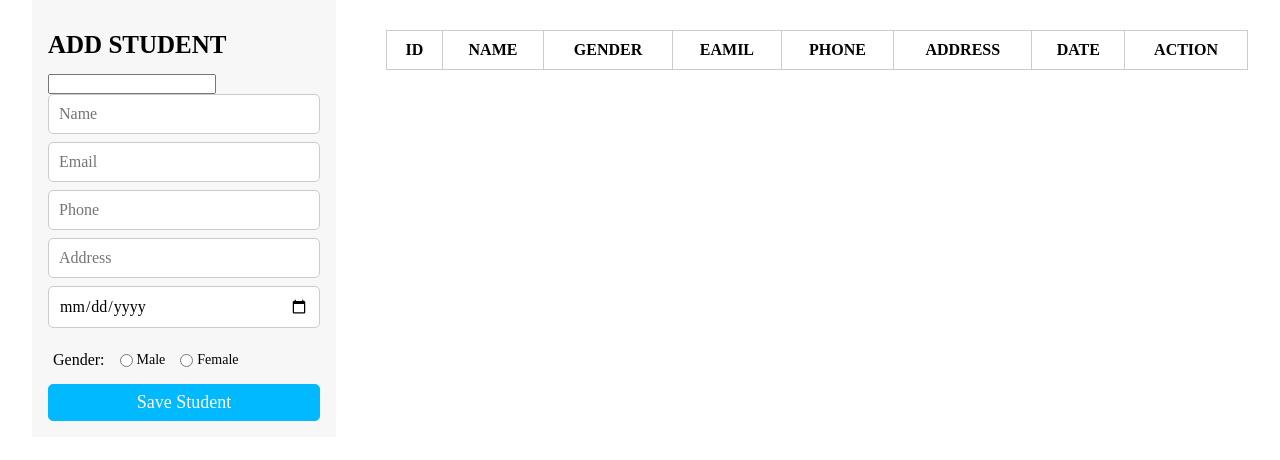
Repository: vanphongnguyen1/webDemo
Page: project(table-form)/index.html
These files come from the project's save history. The page is drawn as it stood at one moment and after the next save; the edit follows.
The browser window is 1280 px wide. The pictures show the whole page.
The style sheet was rebuilt from its Sass, Less or Tailwind sources for each picture, by a compiler version that may differ from the author's.

Above is the page before, as saved 2020-08-30 18:19:58.

### project(table-form)/index.html
<!DOCTYPE html>
<html lang="en">
<head>
    <meta charset="UTF-8">
    <meta name="viewport" content="width=device-width, initial-scale=1.0">
    <title>Document</title>
    <link rel="stylesheet" href="./css/style.css">
</head>
<body onload="render()">
    <div class="container">
        <div class="row">
            <div class="col-3">
                <div class="form">
                    <form action="" autocomplete="off" onsubmit="listStudents()">
                        <h2 class="form__title">add student</h2>
                        <input type="text" class="index" name="" id="">
                        <input type="text" class="form__input form__input--name" name="name" id="" placeholder="Name">
                        <div class="error-name"></div>
                        <input type="Email" class="form__input form__input--email" name="email" id="" placeholder="Email">
                        <div class="error-email"></div>
                        <input type="tel" class="form__input form__input--phone" name="phone" id="" placeholder="Phone">
                        <div class="error-phone"></div>
                        <input type="text" class="form__input form__input--address" name="address" id="" placeholder="Address">
                        <div class="error-address"></div>
                        <input type="date" class="form__input form__input--date" name="date" id="">
                        <div class="error-date"></div>
                        <div class="form__gender">
                            <lable>Gender:</lable>
                            <div class="form__radio">
                                <input type="radio" class="form__radio--gender male" value="male" name="gender" id="male">
                                <label for="male" class="form__radio--text">Male</label>
                                <input type="radio" class="form__radio--gender female" value="female" name="gender" id="female">
                                <label for="female" class="form__radio--text">Female</label>
                            </div>
                        </div>
                        <div class="error-gender"></div>
                        <button type="submit" class="form__button" onclick="updataStudent()">Save Student</button>
                    </form>
                </div>
            </div>
            <div class="col-9">
                <div class="table">
                    <table>
                        <thead>
                            <tr>
                                <th>ID</th>
                                <th>NAME</th>
                                <th>GENDER</th>
                                <th>EAMIL</th>
                                <th>PHONE</th>
                                <th>ADDRESS</th>
                                <th>DATE</th>
                                <th>ACTION</th>
                            </tr>
                        </thead>
                        <tbody id="list-student">
                                <!-- <tr>
                                    <td>1</td>
                                    <td>phong</td>
                                    <td>male</td>
                                    <td>maoa@gmai.com</td>
                                    <td>154653132</td>
                                    <td>asdasasdad</td>
                                    <td>2020-08-21</td>
                                    <td><a href="">edit</a>/<a href="">delete</a></td>
                                </tr> -->
                        </tbody>
                    </table>
                </div>
            </div>
        </div>
    </div>
    <script src="./js/main.js"></script>
</body>
</html>

### project(table-form)/js/main.js
    // <!-- <tr>
    //     <td>1</td>
    //     <td>phong</td>
    //     <td>male</td>
    //     <td>maoa@gmai.com</td>
    //     <td>154653132</td>
    //     <td>asdasasdad</td>
    //     <td>2020-08-21</td>
    //     <td><a href="">edit</a>/<a href="">delete</a></td>
    // </tr>
    function listStudents () {
        const name = document.querySelector('.form__input--name').value
        const email = document.querySelector('.form__input--email').value
        const phone = document.querySelector('.form__input--phone').value
        const address = document.querySelector('.form__input--address').value
        const date = document.querySelector('.form__input--date').value
        let gender = document.querySelector('input[name = gender]:checked')
                gender = gender ? gender.value : '';
        //lơi lưu thông tin của sinh viên
        let student = {
            'name': name,
            'gender': gender,
            'email': email,
            'phone': phone,
            'address': address,
            'date': date,
        }
        // điều kiện k được để trắng thông in các ô,phải điền đầy đủ
        if(!name) {
            document.querySelector('.error-name').innerHTML='<font color="red"> *Vui lòng điền: Họ và Tên</font>'
            document.querySelector('.error-name').style.display='block'
        } else {
            document.querySelector('.error-name').innerHTML=''
        }
        if(!email) {
            document.querySelector('.error-email').innerHTML='<font color="red"> *Vui lòng điền: Email</font>'
            document.querySelector('.error-email').style.display='block'
        } else {
            document.querySelector('.error-email').innerHTML=''
        }
        if(!phone) {
            document.querySelector('.error-phone').innerHTML='<font color="red"> *Vui lòng điền: Số điện thoại</font>'
            document.querySelector('.error-phone').style.display= 'block'
        } else {
            document.querySelector('.error-phone').innerHTML=''
        }
        if(!address) {
            document.querySelector('.error-address').innerHTML='<font color="red"> *Vui lòng điền: Address</font>'
            document.querySelector('.error-address').style.display='block'
        } else {
            document.querySelector('.error-address').innerHTML=''
        }
        if(!date) {
            document.querySelector('.error-date').innerHTML='<font color="red"> *Vui lòng chọn: Ngày/Tháng/Năm</font>'
            document.querySelector('.error-date').style.display='block'
        } else {
            document.querySelector('.error-date').innerHTML=''
        }
        if(!gender) {
            document.querySelector('.error-gender').innerHTML='<font color="red"> *Vui lòng chọn: Giới tính</font>'
            document.querySelector('.error-gender').style.display='block'
        } else {
            document.querySelector('.error-gender').innerHTML=''
        }
        // lưu thông tin sinh viên vào localStorage
        if(name && email && phone && address && date && gender) {
            let listStudent = localStorage.getItem('students') ? JSON.parse(localStorage.getItem('students')) : []
            listStudent.push(student)
            localStorage.setItem('students',JSON.stringify(listStudent))
        }
        render()
    }
    function render() {
            // hàm in sinh viên vào table
        event.preventDefault()
        let listStudent = localStorage.getItem('students') ?JSON.parse(localStorage.getItem('students')):[]
        html = ''
        const addTable = document.getElementById('list-student')
        listStudent.forEach((i,index)=> {
            html += `
                    <tr>
                        <td>${index}</td>
                        <td>${i.name}</td>
                        <td>${i.gender}</td>
                        <td>${i.email}</td>
                        <td>${i.phone}</td>
                        <td>${i.address}</td>
                        <td>${i.date}</td>
                        <td>
                            <a href="#" onclick="editStudent('${index}')">edit</a>/<a href="" onclick="deleteStudent('${index}')">delete</a>
                        </td>
                    </tr
                `
        })
        addTable.innerHTML = html
    }
    // hàm xóa sinh viên
    function deleteStudent(index) {
        let listStudent = localStorage.getItem('students') ? JSON.parse(localStorage.getItem('students')) : []
        if(confirm('Bạn có muốn xóa student')) {
            listStudent.splice(index,1)
        }
        localStorage.setItem('students', JSON.stringify(listStudent))
        render()
    }
    function editStudent(index) {
        let listStudent = localStorage.getItem('students') ? JSON.parse(localStorage.getItem('students')) : []
        document.querySelector('.form__input--name').value = listStudent[index].name
        document.querySelector('.form__input--email').value = listStudent[index].email
        document.querySelector('.form__input--phone').value = listStudent[index].phone
        document.querySelector('.form__input--address').value = listStudent[index].address
        document.querySelector('.form__input--date').value = listStudent[index].date
        // let gender = document.querySelector('input[name = gender]:checked')
        //         gender = gender ? gender.value : '';
        /// chuyển thông tin về form
        // render()
        if(document.querySelector('.male').value === listStudent[index].gender) {
            document.querySelector('.male').checked = true
        }
        if(document.querySelector('.female').value === listStudent[index].gender) {
            document.querySelector('.female').checked = true
        }
        document.querySelector('.form__button').innerText = 'Update Student'
    }
    function updataStudent () {
        let listStudent = localStorage.getItem('students') ? JSON.parse(localStorage.getItem('students')) : []
        key = document.querySelector('.index').value
        listStudent[key] = {
            name: document.querySelector('.form__input--name').value,
            email: document.querySelector('.form__input--email').value,
            phone: document.querySelector('.form__input--phone').value,
            address: document.querySelector('.form__input--address').value,
            date: document.querySelector('.form__input--date').value,
            gender: document.querySelector('input[name = gender]:checked').value
        }
        localStorage.setItem('students', JSON.stringify(listStudent))
        document.querySelector('.form__button').innerText = 'Save Student'
    }

### project(table-form)/sass/style.scss
@import './base/base';
@import './layout/layout';
@import './components/form';
@import './components/table';

### project(table-form)/sass/base/_base.scss
* {
    margin: 0;
    padding: 0;
    box-sizing: border-box;
    outline: none;
}
html {
    font-size: 10px;
}
input, button, textarea {
    font-family: inherit;
}
h1, h2, h3, h4, h5, h6, p {
    margin: 0;
    padding: 0;
    line-height: inherit
}
// ----------------------------------------------
.container {
    width: 95%;
    margin:  0 auto;
}

### project(table-form)/sass/layout/_layout.scss
.row {
    display: flex;
    flex-wrap: wrap;
}
.col-3 {
    width: calc(3/12 * 100%);
}
.col-9 {
    width: calc(9/12 * 100%);
}

### project(table-form)/sass/components/_form.scss
.form {
    text-transform: uppercase;
    padding: 1.5rem;
    border: 1px solid #f7f7f7;
    // margin-top: 3rem;
    background-color: #f7f7f7;
    div[class^="error-"] {
        color: #f00;
        font-size: 10px;
        margin-bottom: 1.5rem;
        display: none;
    }
    &__title {
        font-size: 2.5rem;
        padding: 1.5rem 0;
    }
    &__input {
        width: 100%;
        padding: 1rem;
        font-size: 1.6rem;
        border-radius: 0.5rem;
        border: 1px solid #ccc;
        background-color: #ffffff;
        &:not(:last-child) {
            margin-bottom: 0.8rem;
        }
    }
    &__gender {
        padding: 1.5rem 0 1.5rem 0.5rem;
        text-transform: capitalize;
        display: flex;
        lable {
            font-size: 1.6rem;
        }
        .form__radio {
            display: flex;
            align-items: center;
            flex-wrap: wrap;
            width: 70%;
            &--gender {
                margin-left: 1.5rem;
                cursor: pointer;
            }
            &--text {
                font-size: 1.4rem;
                margin-left: 4px;
                cursor: pointer;
            }
        }
    }
    &__button {
        background-color:#00b9ff ;
        border: 1px solid #00b9ff;
        border-radius: 0.5rem;
        width: 100%;
        font-size: 1.8rem;
        text-align: center;
        color: #fff;
        padding: 0.7rem;
        cursor: pointer;
        transition: all 0.4s ease-in-out;
        &:hover {
            background-color: #1b91be;
        }
    }
}

### project(table-form)/sass/components/_table.scss
.table {
    margin-left: 5rem;
    margin-top: 3rem;
    table {
        width: 100%;
        border-collapse: collapse;
        tr {
            font-size: 1.6rem;
            th,
            td {
                text-align: center;
                padding: 1rem;
                border: 1px solid #ccc;
            }
        }
    }
}

After the next save:
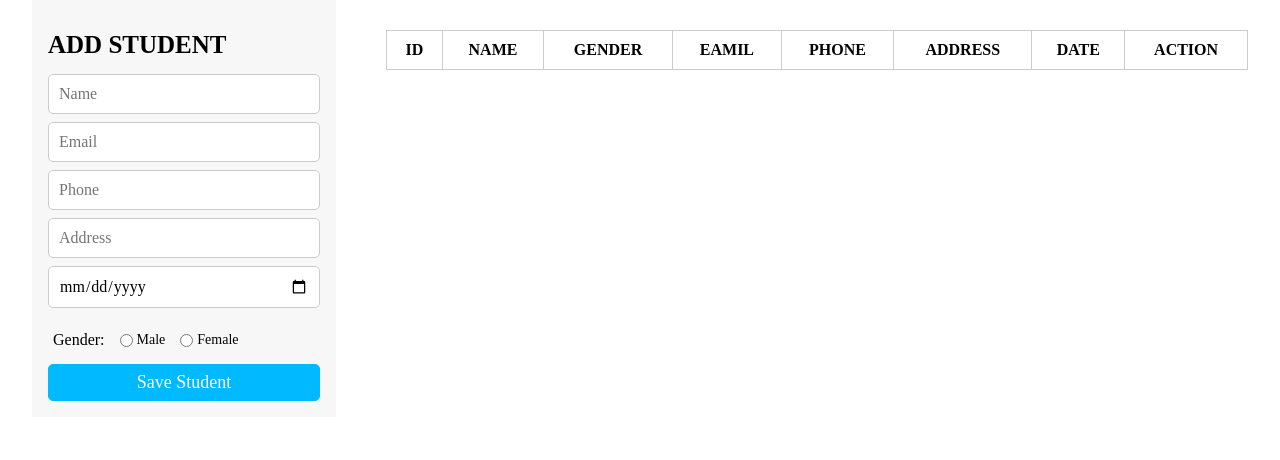
Saved 18 s later.
--- a/project(table-form)/index.html
+++ b/project(table-form)/index.html
@@ -13,7 +13,7 @@
                 <div class="form">
                     <form action="" autocomplete="off" onsubmit="listStudents()">
                         <h2 class="form__title">add student</h2>
-                        <input type="text" class="index" name="" id="">
+                        <input type="text" class="index" style="display: none;" name="" id="">
                         <input type="text" class="form__input form__input--name" name="name" id="" placeholder="Name">
                         <div class="error-name"></div>
                         <input type="Email" class="form__input form__input--email" name="email" id="" placeholder="Email">
